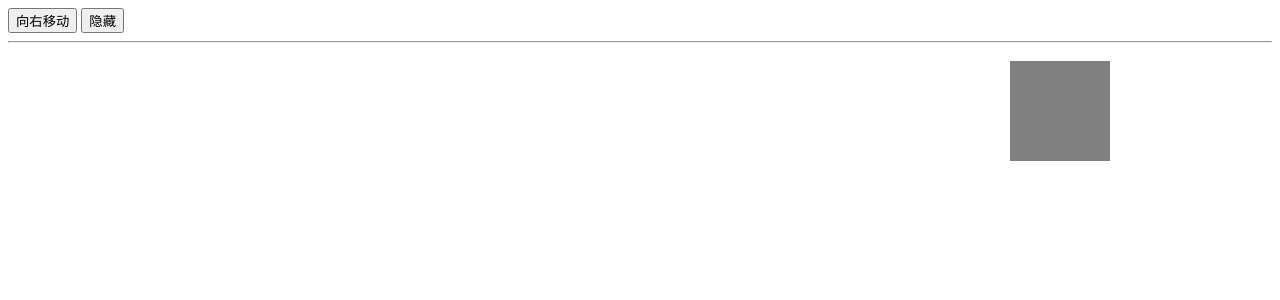
Repository: jsjchai/springmvc_study
Page: springmvc/jquery/jquery_Test/WebContent/jqueryTest15.html
An editor plug-in stored every save of this project. The page is shown before and after the next save, followed by the edit.
The browser window is 1280 px wide. The pictures show the whole page.
After loading, the first visible `#b1` was clicked once.

Above is the page before, as saved 2015-04-06 12:23:34.

### springmvc/jquery/jquery_Test/WebContent/jqueryTest15.html
<!DOCTYPE html>
<html>
<head>
<meta charset="UTF-8">
<title>jquery动画效果</title>
<script type="text/javascript" src="./js/jquery-1.11.2.js"></script>
<script type="text/javascript">
	//onload事件
	$(document).ready(function(){
		//向右移动
		$("#b1").click(function(){
			$("#d1").animate({left: '+1000px'}, "slow");
		});
		//隐藏
		$("#b2").click(function(){
			$("#img1").hide();
		});
	});
</script>
</head>
<body>
	<input type="button" value="向右移动" id="b1">
	<input type="button" value="隐藏" id="b2">
	<hr>
	<div id="d1"
		style="width: 100px; height: 100px; background-color: gray; margin: 10px; position: absolute;"></div>

</body>
</html>

Loaded but not shown: springmvc/jquery/jquery_Test/WebContent/js/jquery-1.11.2.js (library)

After the next save:
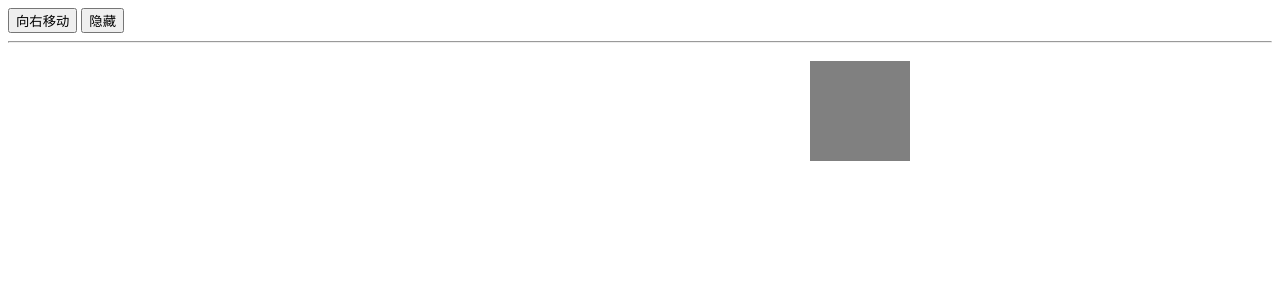
Saved 19 s later.
--- a/springmvc/jquery/jquery_Test/WebContent/jqueryTest15.html
+++ b/springmvc/jquery/jquery_Test/WebContent/jqueryTest15.html
@@ -9,7 +9,7 @@
 	$(document).ready(function(){
 		//向右移动
 		$("#b1").click(function(){
-			$("#d1").animate({left: '+1000px'}, "slow");
+			$("#d1").animate({left: '+800px'}, "slow");
 		});
 		//隐藏
 		$("#b2").click(function(){
